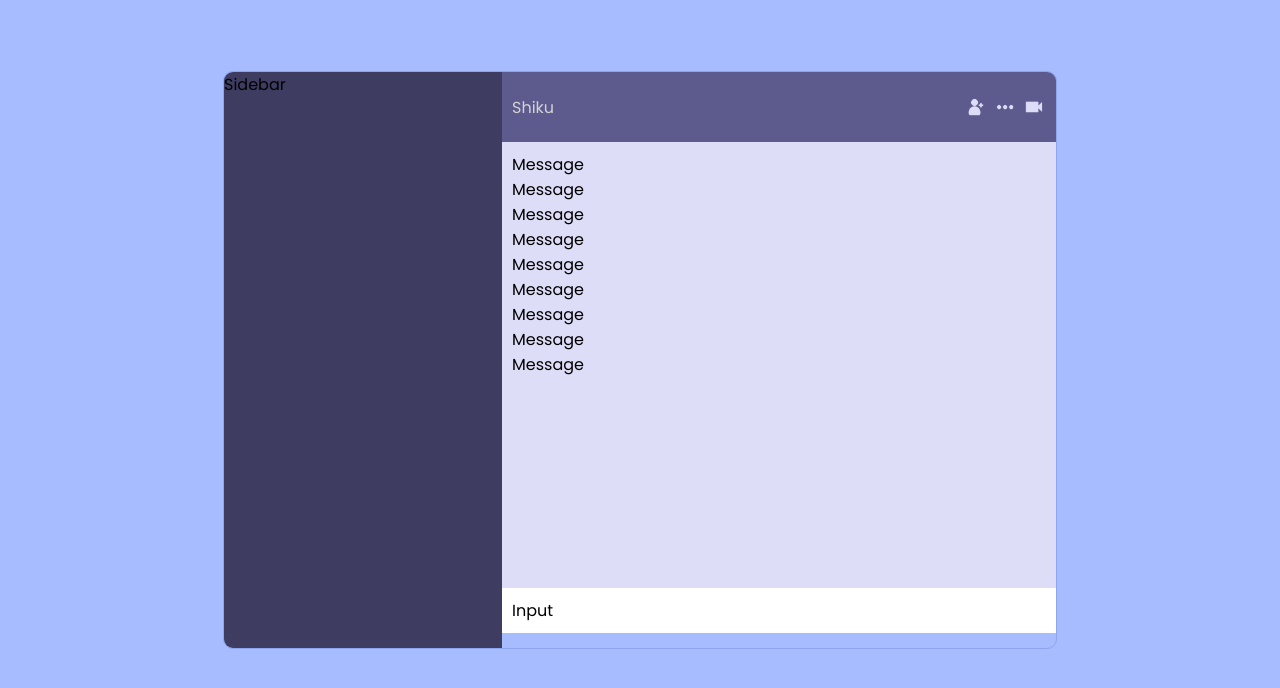
Repository: shikubro90/chatapp
Page: /
An editor plug-in stored every save of this project. The page is shown before and after the next save, followed by the edit.
The browser window is 1280 px wide. The pictures show the whole page.
The project was rebuilt for these pictures with package versions that can differ from the ones it lists, and the page was loaded fresh each time. Also part of the build but not shown: src/pages/Login.jsx, src/pages/Register.jsx.

Above is the page before, as saved 2022-09-14 20:22:00.

### src/App.js
import './App.css';
import Login from './pages/Login';
import Register from './pages/Register';
import Home from './pages/Home'
import './style.scss'

function App() {
  return (
    <div className="App">
      {/* <Register/> */}
      {/* <Login/> */}
      <Home/>
    </div>
  );
}

export default App;

### src/App.css
@import url(https://fonts.googleapis.com/css?family=Poppins:100,100italic,200,200italic,300,300italic,regular,italic,500,500italic,600,600italic,700,700italic,800,800italic,900,900italic);



*{
  margin: 0;
  padding: 0;
}

body,html{
  font-family: "Poppins", sans-serif, system-ui, -apple-system, BlinkMacSystemFont, 'Segoe UI', Roboto, Oxygen, Ubuntu, Cantarell, 'Open Sans', 'Helvetica Neue', sans-serif;
  box-sizing: border-box;
}


/* .App {
  text-align: center;
}

.App-logo {
  height: 40vmin;
  pointer-events: none;
}

@media (prefers-reduced-motion: no-preference) {
  .App-logo {
    animation: App-logo-spin infinite 20s linear;
  }
}

.App-header {
  background-color: #282c34;
  min-height: 100vh;
  display: flex;
  flex-direction: column;
  align-items: center;
  justify-content: center;
  font-size: calc(10px + 2vmin);
  color: white;
}

.App-link {
  color: #61dafb;
}

@keyframes App-logo-spin {
  from {
    transform: rotate(0deg);
  }
  to {
    transform: rotate(360deg);
  }
} */

### src/pages/Home.jsx
import React from 'react'
import Sidebar from '../Components/SideBar'
import ChatBar from '../Components/ChatBar'


const Home = () => {
  return (
    <div className='home'>
        <div className="container">
            <Sidebar/>
            <ChatBar/>
        </div>
    </div>
  )
}

export default Home

### src/style.scss
.formContainer{
    background-color: #a7bcff;
    height: 100vh;
    display: flex;
    align-items: center;
    justify-content: center;

    .formWrapper{

        background-color: white;
        padding: 20px 60px;
        border-radius: 10px;
        display: flex;
        flex-direction: column;
        gap: 10px;
        align-items: center;

        form{

            display: flex;
            flex-direction: column;
            gap: 15px;

            input{
                padding: 10px 10px;
                min-width: 250px;
                border: none;
                border-bottom: 1px solid #a7bcff;
                outline: none;
            }&::placeholder{
                color: rgba(175, 175, 175);
            }

            button{
                background-color: #a7bcff;
                color: white;
                padding: 10px;
                font-weight: bold;
                border: none;
                cursor: pointer;
            }

            label{
                display: flex;
                align-items: center;
                color: #8da4f1;
                gap: 10px;
                font-size: 12px;
                cursor: pointer;

                img{
                    width: 32px;
                }
            }
        }

        p{
            color: #5d5b8d;

        }

        .logo{
            color: #5d5b8d;
            font-weight: bold;
            font-size: 24px;
        }

        .title{
            color: #5d5b8d;
            font-size: 12px;
        }
    }
}


// Home page css

.home{
    background-color: #a7bcff;
    height: 100vh;
    display: flex;
    align-items: center;
    justify-content: center;

    .container{
        border: 1px solid #8da4f1;
        border-radius: 10px;
        width: 65%;
        height: 80%;
        display: flex;
        overflow: hidden;

        .sideBar{
            flex: 1;
            border-right: 1px solid #3e3c61;
            background: #3e3c61;

            .navbar{
                display: flex;
                justify-content: space-between;
                background-color: #2f2d52;
                padding: 10px;
                height: 50px;
                align-items: center;
                color: white;

                .user{
                    display: flex;
                    align-items: center;
                    gap: 10px;

                    img{
                        background: #ddddf7;
                        height: 24px;
                        width: 24px;
                        border-radius: 50%;
                        object-fit: cover;
                    }
                    button{
                        background-color: #5d5b8d;
                        color: #ddddf7;
                        font-size: 10px;
                        border: none;
                        cursor: pointer;
                        padding: 4px 6px;
                        border-radius: 2px;
                    }
                }
            }


            .search{

                border-bottom: 1px solid gray;

                .searchForm{

                    padding: 10px;

                    input{
                        color: white;
                        outline: none;
                        background-color: transparent;
                        border: none;
                        &::placeholder{
                            color: lightgray;
                        }
                    }
                }

                .userChat{
                    padding: 10px;
                    display: flex;
                    align-items: center;
                    gap: 10px;
                    color: white;
                    cursor: pointer;
                     &:hover{
                        background-color: #2f2d52;
                     }
                    img{
                        height: 50px;
                        width: 50px;
                        border-radius: 50%;
                        object-fit: cover;
                    }
                }

            }

            .chats{
                .userChat{
                    padding: 10px;
                    display: flex;
                    align-items: center;
                    gap: 10px;
                    color: white;
                    cursor: pointer;
                     &:hover{
                        background-color: #2f2d52;
                     }
                    img{
                        height: 50px;
                        width: 50px;
                        border-radius: 50%;
                        object-fit: cover;
                    }

                    .userChatInfo{
                        span{
                            font-size: 18px;
                            font-weight: 500;
                        }
                        p{
                            font-size: 14px;
                            color: lightgray;
                        }
                    }

                }
            }


        }
        .chatBar{
            flex: 2;
            .chatInfo{

                height: 50px;
                background-color: #5d5b8d;
                display: flex;
                align-items: center;
                justify-content: space-between;
                padding: 10px;
                color: lightgray;

                .chatIcon{
                    display: flex;
                    align-items: center;
                    justify-content: center;
                    gap: 5px;

                    img{
                        height: 24px;
                        color: lightgray;
                        cursor: pointer;
                    }
                }
            }
            .messages{
                background: #ddddf7;
                padding: 10px;
                height: calc(100% - 150px);
            }
            .input{
                background: white;
                padding: 10px;
            }

        }
    }
}

### src/Components/SideBar.jsx
import React from 'react'

const SideBar = () => {
  return (
    <div className='sideBar'>Sidebar</div>
  )
}

export default SideBar

### src/Components/ChatBar.jsx
import add from '../img/add.png'
import more from '../img/more.png'
import cam from '../img/cam.png'
import Messages from './Messages'
import Input from './Input'

const ChatBar = () => {
  return (
    <div className="chatBar">
      <div className="chatInfo">

        <span>Shiku</span>

        <div className="chatIcon">
          <img src={add} alt="" />
          <img src={more} alt="" />
          <img src={cam} alt="" />
        </div>

      </div>

      <Messages/>
      <Input/>
    </div>
  )
}

export default ChatBar

### src/Components/Messages.jsx
import React from 'react'
import Message from './Message'

const Messages = () => {
  return (
    <div className='messages'>
      <Message/>
      <Message/>
      <Message/>
      <Message/>
      <Message/>
      <Message/>
      <Message/>
      <Message/>
      <Message/>
    </div>
  )
}

export default Messages

### src/Components/Input.jsx
import React from 'react'

const Input = () => {
  return (
    <div className='input'>Input</div>
  )
}

export default Input

Loaded but not shown: src/index.js (common file); src/Components/Message.jsx (common file)

After the next save:
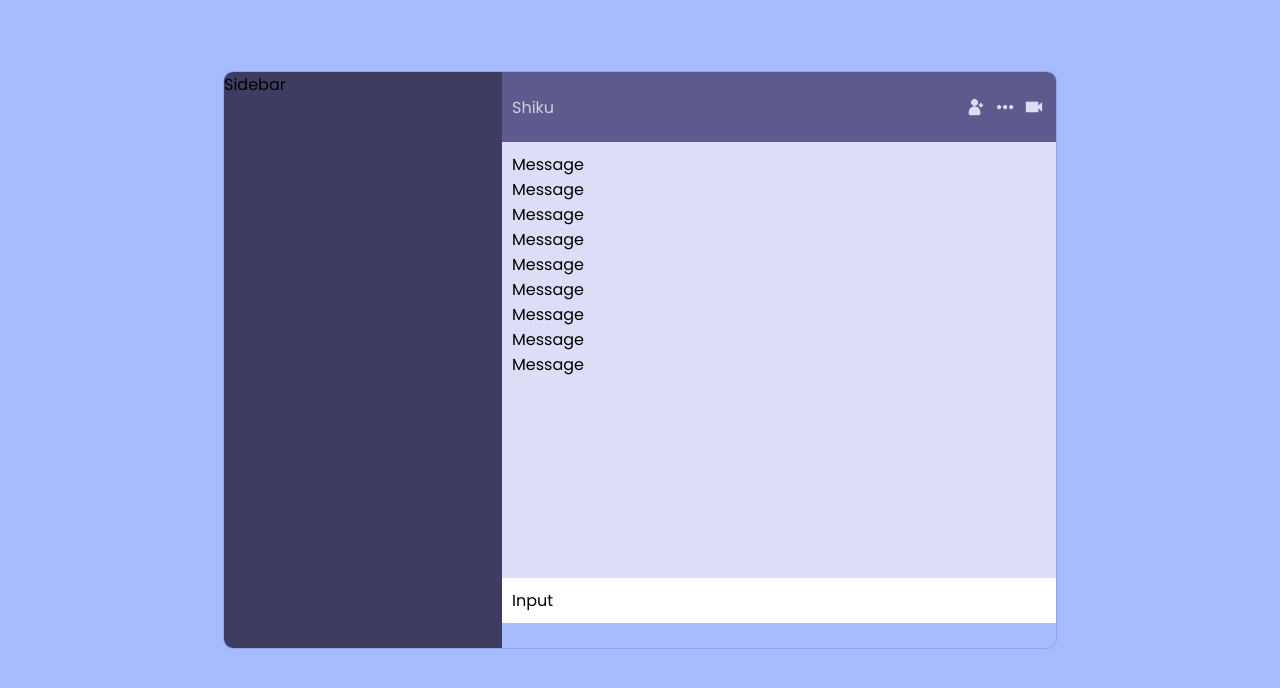
Saved 7 s later.
--- a/src/style.scss
+++ b/src/style.scss
@@ -230,7 +230,7 @@
             .messages{
                 background: #ddddf7;
                 padding: 10px;
-                height: calc(100% - 150px);
+                height: calc(100% - 160px);
             }
             .input{
                 background: white;
